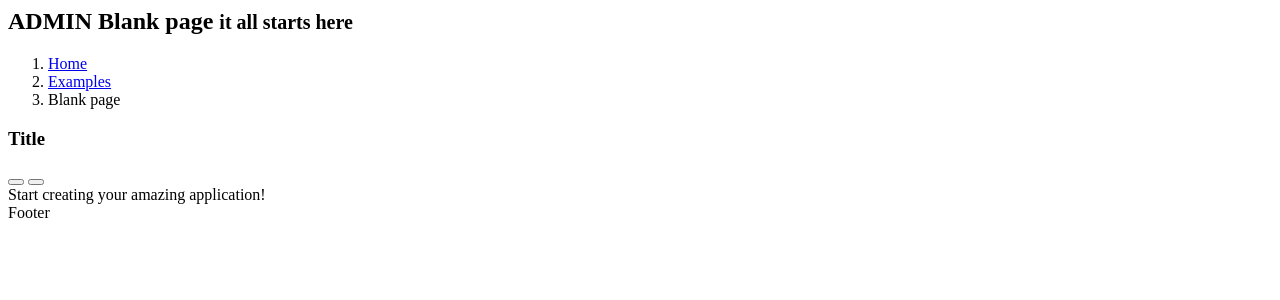
Repository: sanjeev167/IndiaOnLineVoting_3112020
Page: http://localhost/IndiaOnLineVoting/WEB-INF/jsp/adm/db.jsp
The author's editor kept a copy of each file at every save. The page is drawn from the files as they stood at one save, then again after the next save.
The browser window is 1280 px wide. The pictures show the whole page.
The page is served by Tomcat 9. Nobody is signed in. The template is opened directly, without the code that normally fills it, so the values that code supplies are empty.

Above is the page before, as saved 2020-11-02 08:26:49.

After the next save:
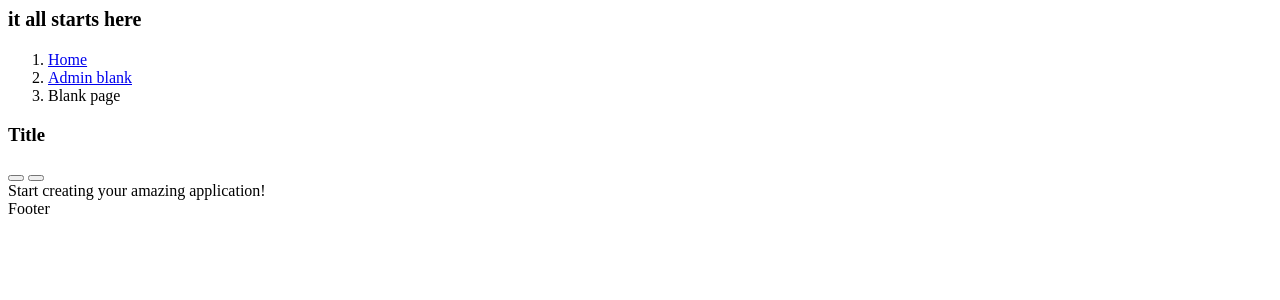
Saved 24 s later.
--- a/IndiaOnLineVoting/src/main/webapp/WEB-INF/jsp/adm/db.jsp
+++ b/IndiaOnLineVoting/src/main/webapp/WEB-INF/jsp/adm/db.jsp
@@ -2,12 +2,12 @@
     <!-- Content Header (Page header) -->
     <section class="content-header">
       <h1>
-     ADMIN   Blank page
+
         <small>it all starts here</small>
       </h1>
       <ol class="breadcrumb">
         <li><a href="#"><i class="fa fa-dashboard"></i> Home</a></li>
-        <li><a href="#">Examples</a></li>
+        <li><a href="#">Admin blank</a></li>
         <li class="active">Blank page</li>
       </ol>
     </section>
